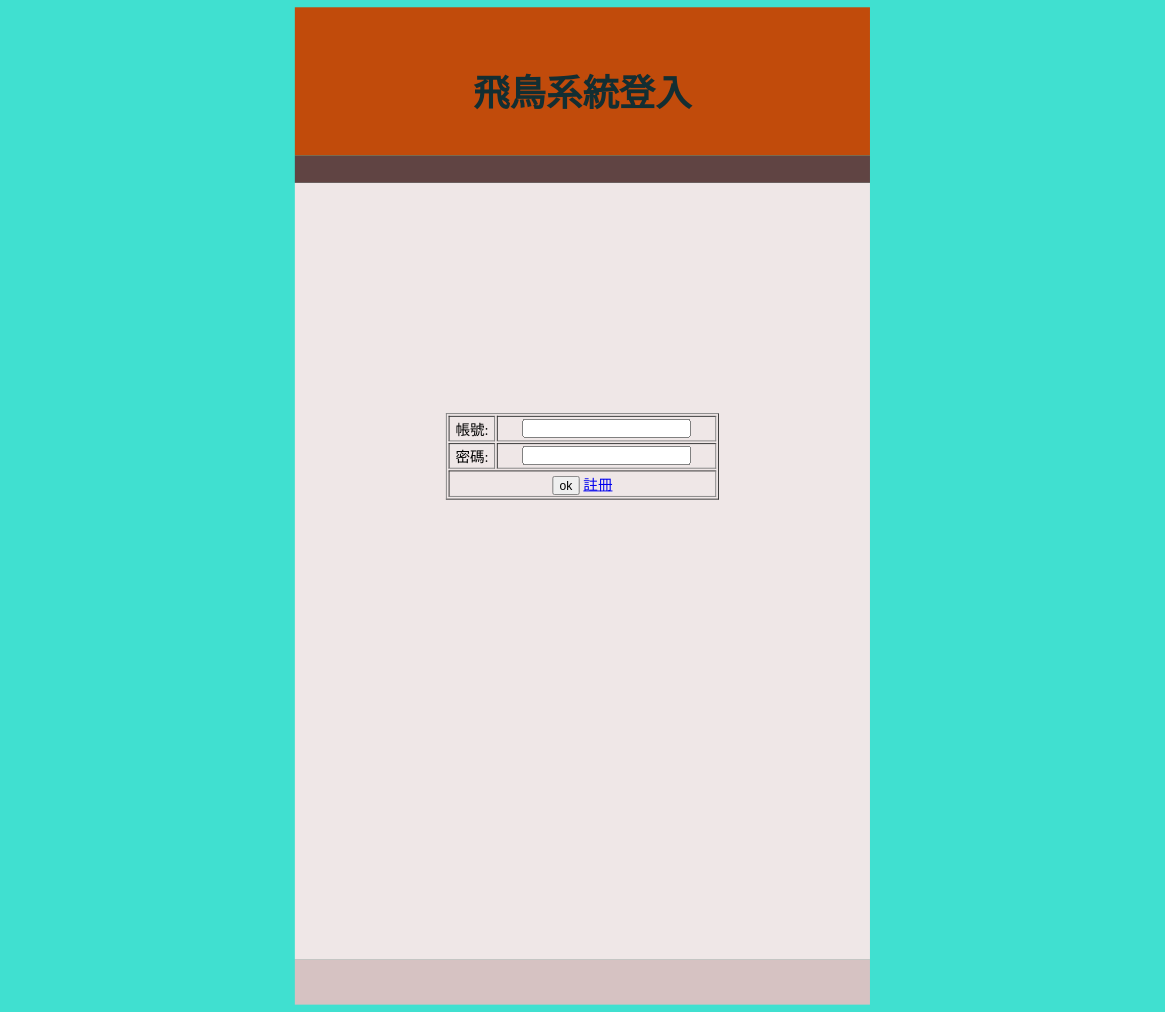
Repository: pride0420/portfolio
Page: Portfolio/1_springBoot/src/main/resources/static/index.html
The author's editor kept a copy of each file at every save. The page is drawn from the files as they stood at one save, then again after the next save.
The browser window is 1280 px wide. The pictures show the whole page, at 91% of full size.

Above is the page before, as saved 2023-11-30 14:33:23.

After the next save:
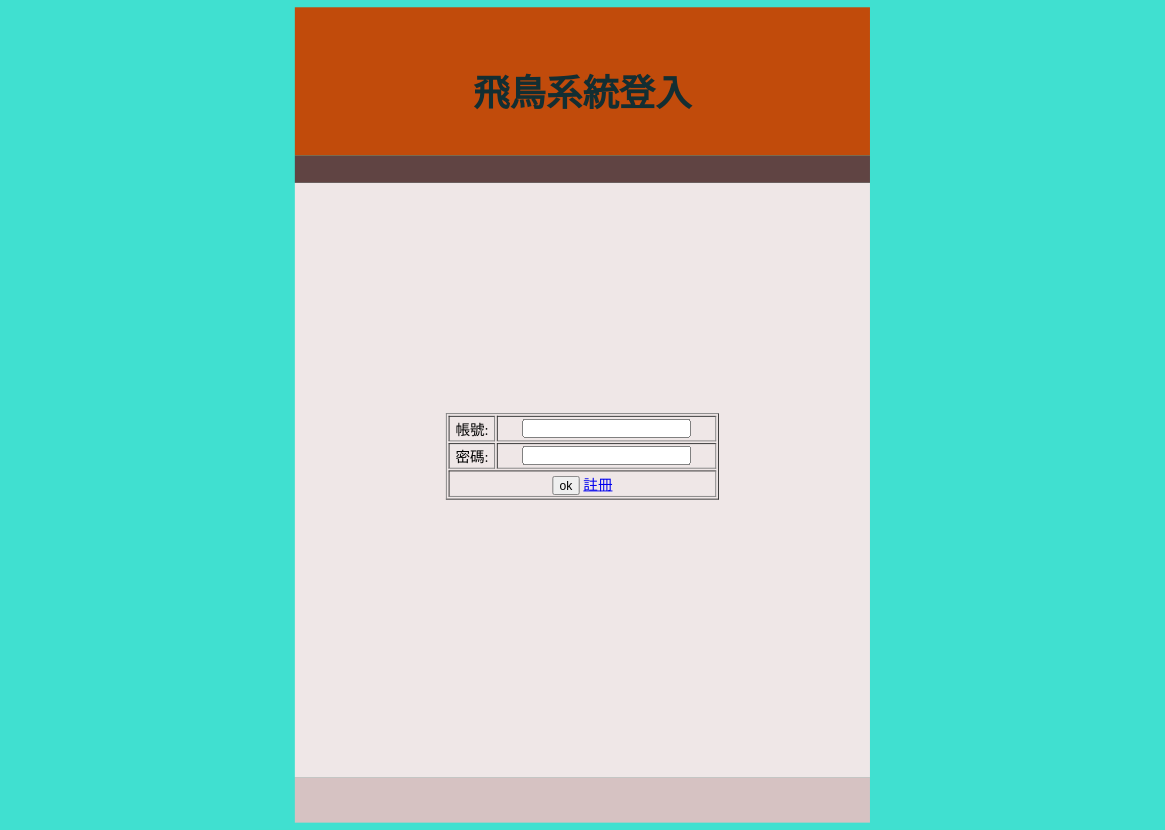
Saved 13 s later.
--- a/Portfolio/1_springBoot/src/main/resources/static/css/index.css
+++ b/Portfolio/1_springBoot/src/main/resources/static/css/index.css
@@ -28,7 +28,7 @@ body{
 #content{
 	background-color:#EFE7E7;
 	width: 50%;
-	height:600px;
+	height:400px;
 	margin-left: 25%;
 	padding-top: 20%;
 }
